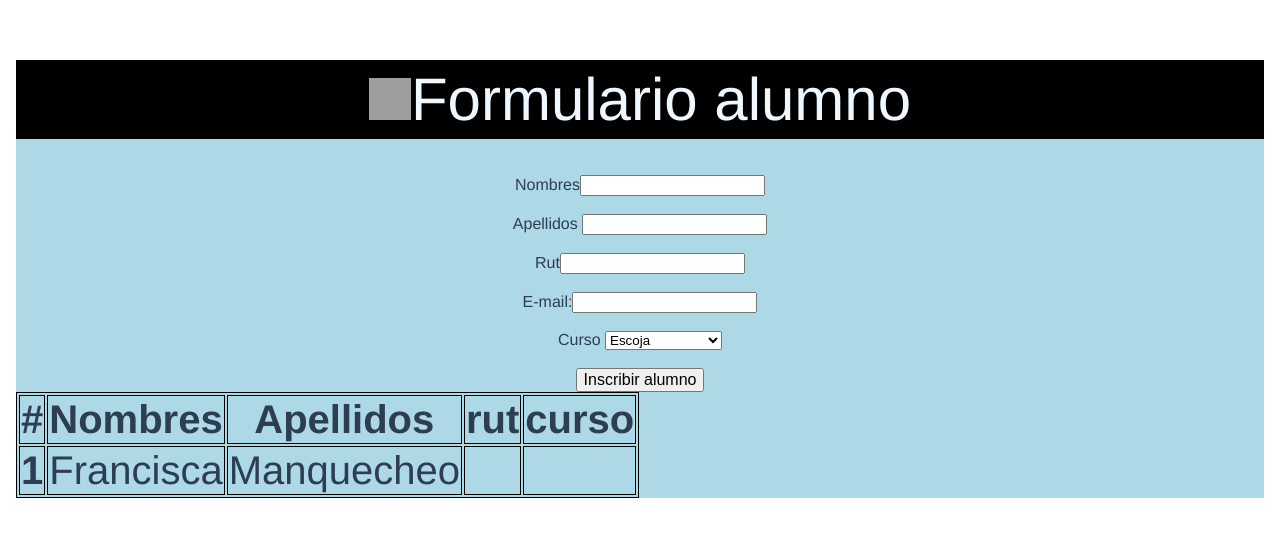
Repository: franciscamanquecheo/Tarea6ET
Page: / (app in my-project/)
These files come from the project's save history. The page is drawn as it stood at one moment and after the next save; the edit follows.
The browser window is 1280 px wide. The pictures show the whole page.
Pictures or frames that could not be fetched are drawn as grey boxes. The project was rebuilt for these pictures with package versions that can differ from the ones it lists, and the page was loaded fresh each time. Also part of the build but not shown: my-project/vue.config.js.

Above is the page before, as saved 2022-06-19 23:42:33.

After the next save:
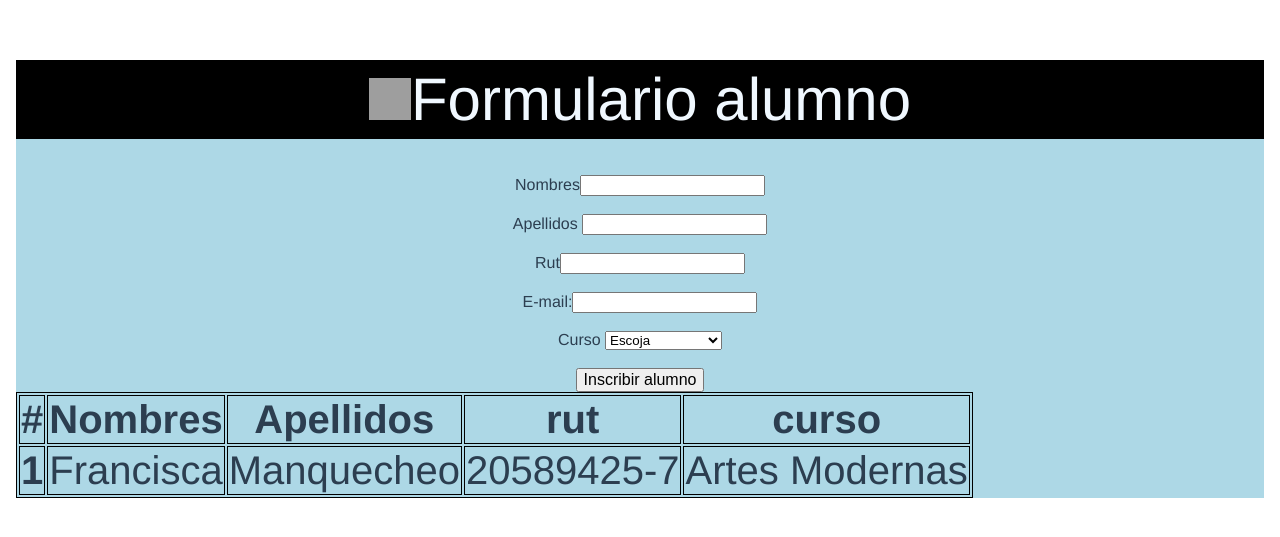
Saved 40 s later.
--- a/my-project/src/components/HelloWorld.vue
+++ b/my-project/src/components/HelloWorld.vue
@@ -56,8 +56,8 @@
       <th scope="row">1</th>
       <td >Francisca</td>
       <td>Manquecheo</td>
-      <td th:text="${alumno.getrut()}"></td>
-      <td th:text="${alumno.getcurso()}"></td>
+      <td>20589425-7</td>
+      <td>Artes Modernas</td>
     </tr>
 
     </tbody>
